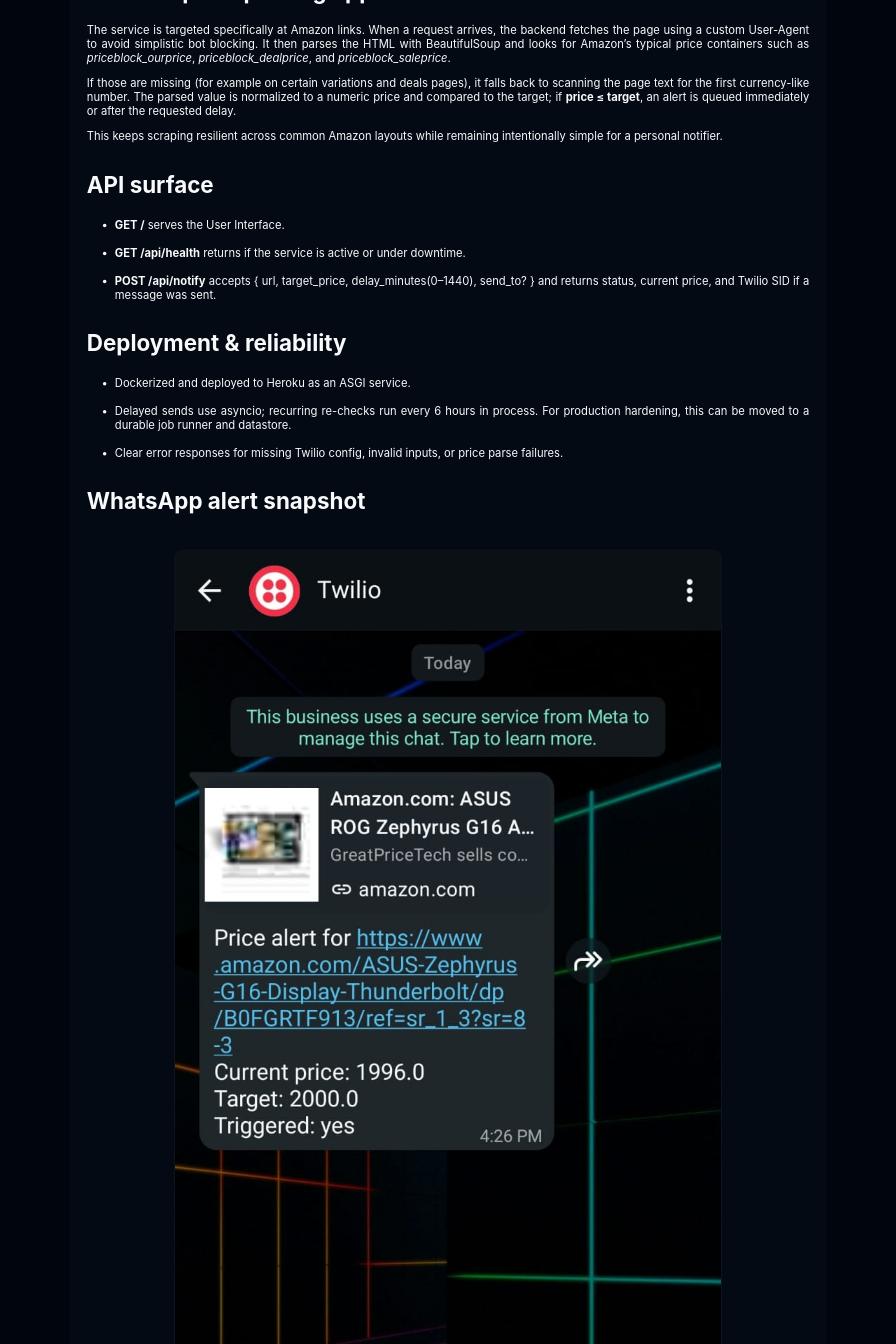
Repository: Abdulaziz-04/Abdulaziz-04.github.io
Page: deepdives/backend_systems/price_notifier/price_notifier.html
These files come from the project's save history. The page is drawn as it stood at one moment and after the next save; the edit follows.
The browser window is 1280 px wide. The pictures show the part of the page from y = 1542 to 3462 px (the page is 4064 px tall before and 3134 px after), at 70% of full size.

Above is the page before, as saved 2025-11-21 15:33:12.

After the next save:
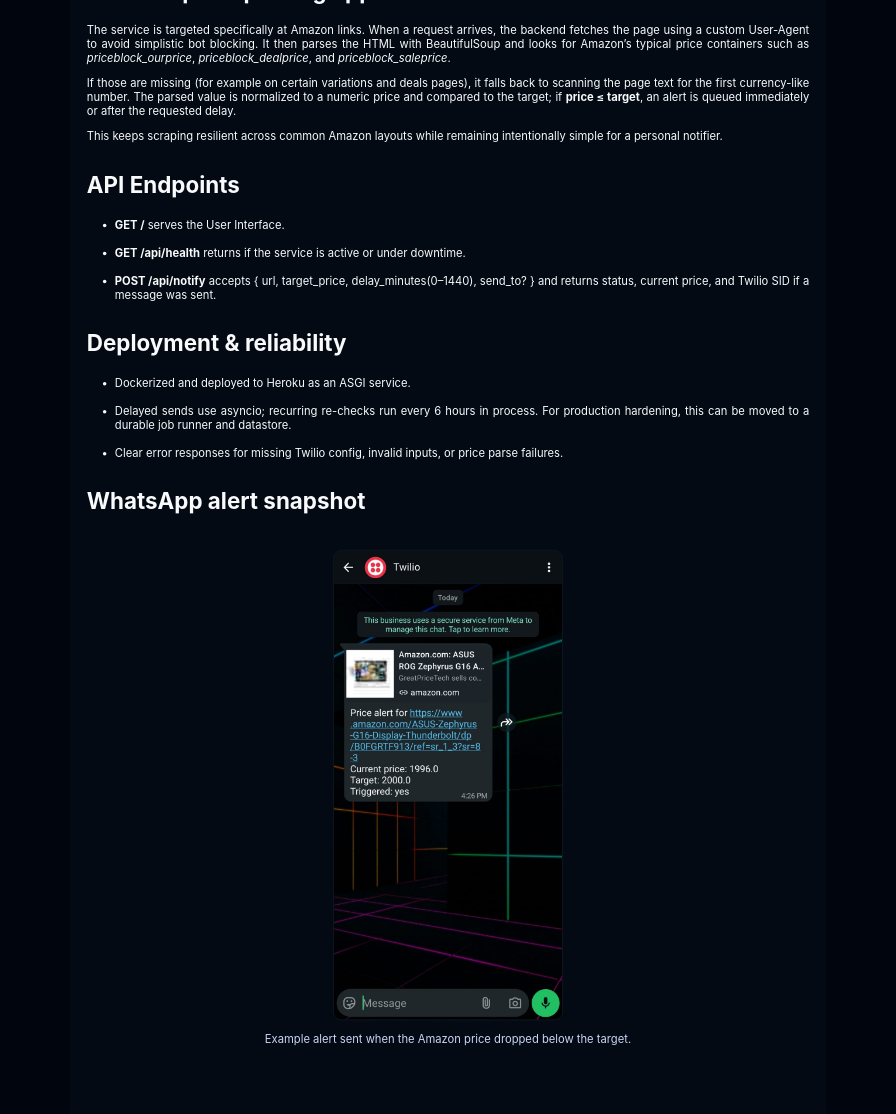
Saved 2 min 12 s later.
--- a/deepdives/backend_systems/price_notifier/price_notifier.html
+++ b/deepdives/backend_systems/price_notifier/price_notifier.html
@@ -117,7 +117,7 @@
 
       <!-- API SURFACE -->
       <section class="detail-section">
-        <h2>API surface</h2>
+        <h2>API Endpoints</h2>
         <ul>
           <li><b>GET /</b> serves the User Interface.</li>
           <br />
@@ -162,6 +162,7 @@
               <img
                 src="./images/notify.jpg"
                 alt="WhatsApp alert showcasing price trigger"
+                style="width: 42%; height: auto; display: block; margin: 0 auto"
               />
             </a>
             <figcaption>
